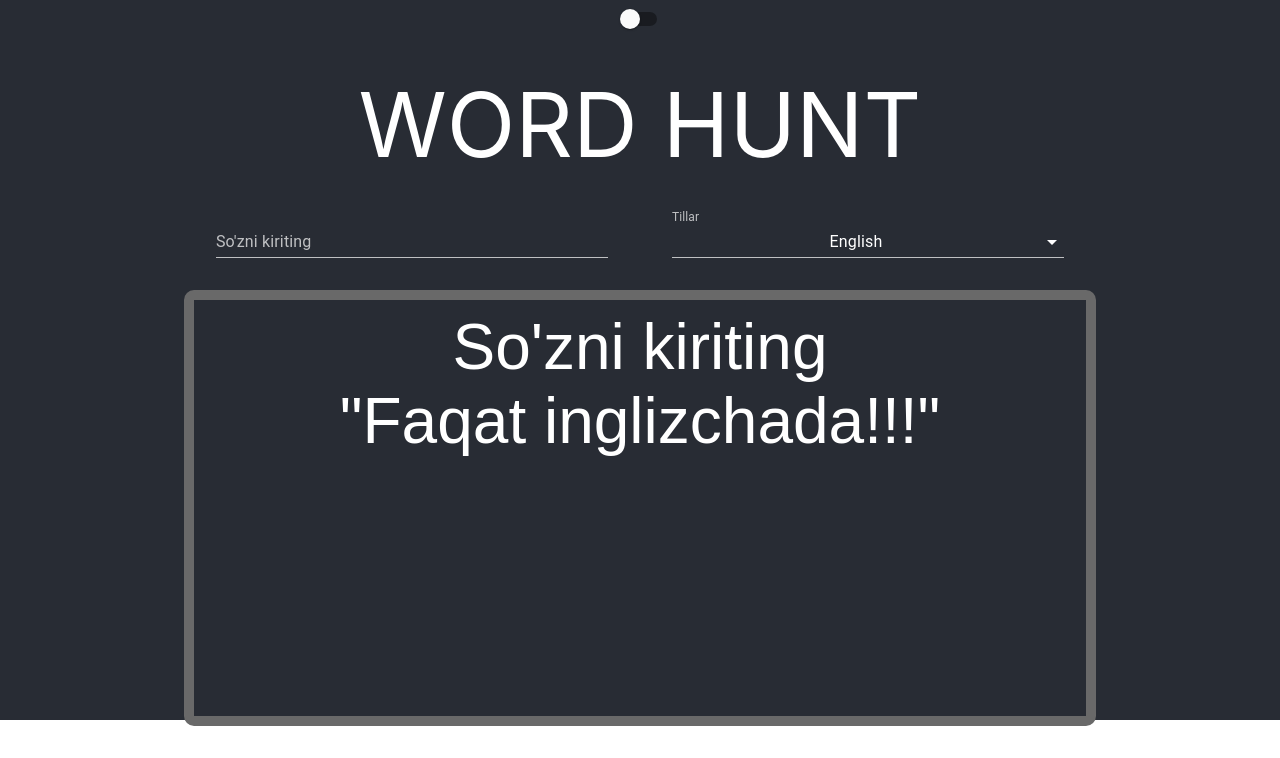
Repository: om1ars/react-translator
Page: /
An editor plug-in stored every save of this project. The page is shown before and after a run of saves, followed by the edit.
The browser window is 1280 px wide. The pictures show the whole page.
The page's requests for data from a server got no answer. The project was rebuilt for these pictures with package versions that can differ from the ones it lists, and the page was loaded fresh each time. No one was signed in, and anything a server would have sent is missing.

Above is the page before, as saved 2021-10-07 15:57:07.

After the next 4 saves:
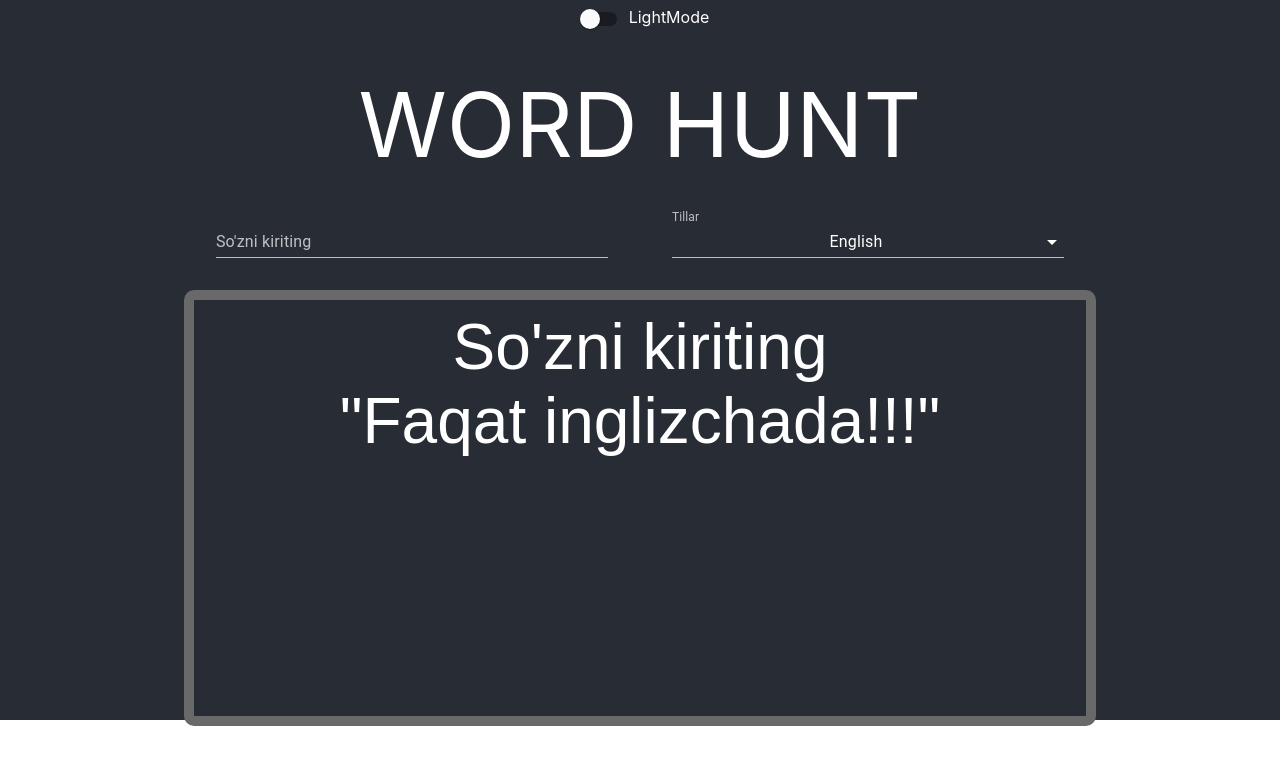
The 4 saves are shown as one change because they came seconds apart.
The last was saved 21 s later.
--- a/src/App.js
+++ b/src/App.js
@@ -43,6 +43,7 @@ function App() {
         onChange={handleChange}
         inputProps={{ "aria-label": "controlled" }}
       />
+      <span>LightMode</span>
       <Container
         maxWidth="md"
         style={{ display: "flex", flexDirection: "column", height: "100vh" }}
